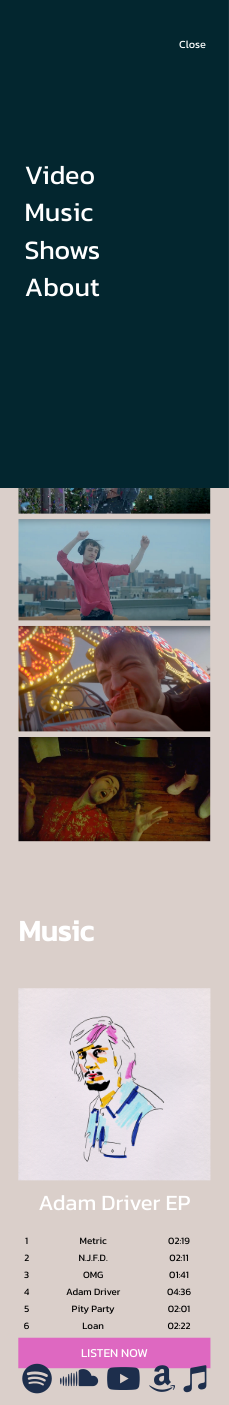
Repository: KrystellBarraza/SipperNYC
Page: index.html
An editor plug-in stored every save of this project. The page is shown before and after the next save, followed by the edit.
The browser window is 375 px wide. The pictures show the whole page, at 61% of full size.
Some web libraries are served in a nearby version.

Above is the page before, as saved 2019-08-21 14:00:26.

### index.html
<!DOCTYPE html>
    <head>
        <meta charset="utf-8">
        <meta http-equiv="X-UA-Compatible" content="IE=edge">
        <title>Sipper</title>
        <meta name="description" content="Wholesome and intrinsically delicate, SIPPER is an NYC based band who wants nothing more than to make you enjoy whatever they put out.">
        <meta name="viewport" content="width=device-width, initial-scale=1">
        <script src="https://kit.fontawesome.com/0942df55aa.js"></script>
        <script src="https://ajax.googleapis.com/ajax/libs/jquery/3.4.1/jquery.min.js"></script>
        <link rel="stylesheet" href="https://ajax.googleapis.com/ajax/libs/jqueryui/1.12.1/themes/smoothness/jquery-ui.css">
        <script src="https://ajax.googleapis.com/ajax/libs/jqueryui/1.12.1/jquery-ui.min.js"></script>
        <link href="https://fonts.googleapis.com/css?family=Kanit&display=swap" rel="stylesheet">
        <link rel="stylesheet" href="venobox/venoboxcopy.css" type="text/css" media="screen">
        <link rel="stylesheet" href="style.css">
    </head>
    <body>

        <div class="container-home">
            <div class="head">
                <header>
                    <h1><a href="index.html">Sipper</a></h1>

                    <div id="toggleText">
                        <p class="menuToggle Open placeHolder"></p>
                        <p class="menuToggle Close" style="color: #FFF;"></p>
                    </div>

                    <div id="menu">
                        <ul id="hiddenMenu">
                            <li><a href="#video">Video</a></li>
                            <li><a href="#music">Music</a></li>
                            <li><a href="#shows">Shows</a></li>
                            <li><a href="#about">About</a></li>
                        </ul>
                    </div>

                    <div class="inlineMenu">
                        <a href="#video">Video</a>
                        <a href="#music">Music</a>
                        <a href="#shows">Shows</a>
                        <a href="#about">About</a>
                    </div>

                </header>
            </div>

            <div id="menu-container"></div>

            <div class="menu">
                <div class="flexbox-nav">
                    <nav class="side-Nav">
                        <li><a href="#video">Video</a></li>
                        <li><a href="#music">Music</a></li>
                        <li><a href="#shows">Shows</a></li>
                        <li><a href="#about">About</a></li>
                    </nav>
                </div>
            </div>

            <div class="album">
                <img src="images/albumcover.jpg">
            </div>

            <div class="footer"></div>

        </div>


        <div class="container-video">
            <div class="head-video">
                <h1 id="video">Video</h1>
            </div>

            <div class="container video-a">
                <div class="content">
                    <a class="venobox" data-autoplay="true" data-vbtype="video" data-gall="myGallery" href="https://youtu.be/N3MalJX4Ll4">
                        <div class="content-overlay"></div>
                        <img class="content-image" src="images/AdamDriver.jpg" alt="Adam Driver">
                        <div class="content-details fadeIn-bottom">
                            <p class="content-title">Adam Driver</p>
                        </div>
                    </a>
                </div>
            </div>

            <div class="container video-b">
                <div class="content">
                    <a class="venobox" data-autoplay="true" data-vbtype="video" data-gall="myGallery" href="https://youtu.be/suzVxfuO1rU">
                        <div class="content-overlay"></div>
                        <img class="content-image" src="images/Metric.jpg" alt="Metric">
                        <div class="content-details fadeIn-top">
                            <p class="content-title">Metric</p>
                        </div>
                    </a>
                </div>
            </div>

            <div class="container video-c">
                <div class="content">
                    <a class="venobox" data-autoplay="true" data-vbtype="video" data-gall="myGallery" href="https://youtu.be/sNYNVeHuiyg">
                        <div class="content-overlay"></div>
                        <img class="content-image" src="images/NJFD.jpg" alt="N.J.F.D.">
                        <div class="content-details fadeIn-left">
                            <p class="content-title">N.J.F.D.</p>
                        </div>
                    </a>
                </div>
            </div>

            <div class="container video-d">
                <div class="content">
                    <a class="venobox" data-autoplay="true" data-vbtype="video" data-gall="myGallery" href="https://youtu.be/S9CmWtUvWd0">
                        <div class="content-overlay"></div>
                        <img class="content-image" src="images/OMG.jpg" alt="OMG">
                        <div class="content-details fadeIn-right">
                            <p class="content-title">OMG</p>
                        </div>
                    </a>
                </div>
            </div>

            <div class="footer-video"></div>

        </div>

        <div class="container-music">
            <div class="head-music">
                <h1 id="music">Music</h1>
            </div>

            <div class="ep">
                <img src="images/albumcover.jpg">
            </div>

            <div class="music-k">
                <p class="ep-title">Adam Driver EP</p>

                <table>
                    <tr>
                        <td>1</td>
                        <td>Metric</td>
                        <td>02:19</td>
                    </tr>
                    <tr>
                        <td>2</td>
                        <td>N.J.F.D.</td>
                        <td>02:11</td>
                    </tr>
                    <tr>
                        <td>3</td>
                        <td>OMG</td>
                        <td>01:41</td>
                    </tr>
                    <tr>
                        <td>4</td>
                        <td>Adam Driver</td>
                        <td>04:36</td>
                    </tr>
                    <tr>
                        <td>5</td>
                        <td>Pity Party</td>
                        <td>02:01<td>
                    </tr>
                    <tr>
                        <td>6</td>
                        <td>Loan</td>
                        <td>02:22</td>
                    </tr>
                </table>
            </div>

            <div class="music-j">
                <div class="listen">
                    <a href="https://levelmusic.lnk.to/AdamDriver_EP" target="_blank">Listen Now</a>
                </div>
            </div>

            <div class="fabIcons music-g">
                <a href="https://open.spotify.com/album/55qLPgpA8Q9fKp5JZo5pjp" target="_blank"><i class="fab fa-spotify"></i></a>
                <a href="https://soundcloud.com/invertebratemusic/sets/sipper-adam-driver-ep" target="_blank"><i class="fab fa-soundcloud"></i></a>
                <a href="https://www.youtube.com/channel/UC4grwiaSitqhA_vmRum_fdg/search?query=sipper" target="_blank"><i class="fab fa-youtube"></i></a>
                <a href="https://www.amazon.com/gp/product/B07QJBL8ZX/ref=dm_ws_sp_ps_dp" target="_blank"><i class="fab fa-amazon"></i></a>
                <a href="https://music.apple.com/us/album/1459355658?app=music" target="_blank"><i class="fab fa-itunes-note"></i></a>
            </div>

        </div>

        <script src="app.js" async defer></script>
        <script src="venobox/venobox.mincopy.js" async defer></script>
    </body>
</html>

### style.css
* {
    box-sizing: border-box;
}

html {
    scroll-behavior: smooth;
}

body {
    margin: 0;
    background-color: #dacfca;
}

p, li {
    font-family: 'Kanit', sans-serif;
}

p {
    font-size: 18px;
}

h1 {
    font-family: 'Kanit', sans-serif;
    color: #fff;
    font-size: 48px;
}

a {
    text-decoration: none;
    color: #fff;
}

/* Header - Home */

.container-home {
    display: grid;
    grid-template-columns: repeat(12, 1fr);
    grid-template-rows: auto 2fr 1fr;
    grid-gap: 5px;
    grid-column-gap: 20px;
    padding-left: 8%;
    padding-right: 8%;
    grid-template-areas:
    "h h h h h h h h h h h h"
    "c c c c c c c c c m m m"
    "c c c c c c c c c m m m"
    "c c c c c c c c c m m m"
    "f f f f f f f f f f f f";
}

.head {
    grid-area: h;
}

.inlineMenu {
    font-family: 'Kanit', sans-serif;
    font-size: 22px;
    word-spacing: 1em;
    top: 16%;
    right: 10%;
    position: absolute;
}

@media (min-width: 566px) and (max-width: 569px) {
    .inlineMenu {
        top: 19.5%;
        word-spacing: .5em;
    }
}

/* Toggled Header Nav */

#toggleText {
    top: 5%;
    right: 10%;
    color: #fff;
    position: absolute;
    z-index: 10;
}

#menu-container {
    background-color: #03262f;
    position: absolute;
    width: 100%;
    left: 0%;
    height: 100vh;
    z-index: 6;
}

#menu {
    background-color: #03262f;
    position: absolute;
    top: 0%;
    left: 0%;
    width: 100%;
    height: 100vh;
    z-index: 7;
}

#hiddenMenu {
    position: absolute;
    top: 30%;
}

p.placeHolder {
    display: none;
}

p.Open:before {
    content: "Menu";
}

p.Close:before {
    content: "Close";
}

ul {
    list-style: none;
}

li {
    font-size: 44px;
    line-height: 46pt;
}

/* Toggled Menu Media Queries */

@media only screen and (max-width: 450px) {
    nav {
        visibility: hidden;
    }
}

@media only screen and (min-width: 450px) {
    #toggleText {
        visibility: hidden;
    }

    #menu {
        visibility: hidden;
    }

    #menu-container {
        visibility: hidden;
    }
}

/* Scrollbar */

::-webkit-scrollbar { width: 8px; }

::-webkit-scrollbar-track { color: transparent; }

::-webkit-scrollbar-thumb {
    background-color: rgba(000, 0, 0, 0.2);
    border-radius: 5px;
}

/* Menu */

.menu {
    grid-area: m;
}

.flexbox-nav {
    display: flex;
    align-items: flex-end;
    justify-content: flex-end;
    margin-top: 356px;
}

.side-nav {
    align-self: flex-end;
    margin-top: 30px;
}

nav > a {
    font-family: 'Kanit', sans-serif;
    color: #fff;
    font-size: 48px;
}

nav > li {
    list-style-type: none;
    padding: 0;
    margin: 0;
}

@media only screen and (max-width: 416px){
    .menu {
        display: none;
    }

    .container-home {
        display: grid;
        grid-template-columns: repeat(12, 1fr);
        grid-template-rows: auto 2fr 1fr;
        grid-gap: 5px;
        padding-left: 8%;
        padding-right: 8%;
        grid-template-areas:
        "h h h h h h h h h h h h"
        "c c c c c c c c c c c c"
        "c c c c c c c c c c c c"
        "c c c c c c c c c c c c"
        "f f f f f f f f f f f f";
    }

    .album > img {
        object-fit: contain;
        width: 100%;
    }

}

/* Inline Menu Queries */

@media only screen and (max-width: 416px) {
    .inlineMenu {
        display: none;
    }
}

@media only screen and (min-width: 766px){
    .inlineMenu {
        display: none;
    }
}

/* Mobile Landscape Queries */

@media (orientation: landscape) and (max-width: 766px) {
    .menu {
        display: none;
    }

    .container-home {
        display: grid;
        grid-template-columns: repeat(12, 1fr);
        grid-template-rows: auto 2fr 1fr;
        grid-gap: 5px;
        padding-left: 8%;
        padding-right: 8%;
        grid-template-areas:
        "h h h h h h h h h h h h"
        "c c c c c c c c c c c c"
        "c c c c c c c c c c c c"
        "c c c c c c c c c c c c"
        "f f f f f f f f f f f f";
    }

    .album > img {
        object-fit: contain;
        width: 100%;
    }
}

/* Album */

.album {
    grid-area: c;
}

.album > img {
    object-fit: contain;
    width: 100%;
    max-height: 600px;
}

.footer {
    grid-area: f;
    height: 70px;
}


/* Video */

.container-video {
    display: grid;
    grid-template-columns: repeat(12, 1fr);
    grid-template-rows: auto 1fr 1fr;
    grid-gap: 5px;
    grid-column-gap: 20px;
    padding-left: 8%;
    padding-right: 8%;
    grid-template-areas:
    "h h h h h h h h h h h h"
    "a a a a a a b b b b b b"
    "c c c c c c d d d d d d"
    "f f f f f f f f f f f f";
}

.head-video {
    grid-area: h;
}

.video-a {
    grid-area: a;
    justify-self: center;
}

.video-b {
    grid-area: b;
    justify-self: center;
}

.video-c {
    grid-area: c;
    justify-self: center;
}

.video-d {
    grid-area: d;
    justify-self: center;
}

.footer-video {
    grid-area: f;
    height: 70px;
}

.container .title {
    text-align: center;
}

.content {
    position: relative;
    width: 100%;
    max-width: 550px;
    overflow: hidden;
}

.content .content-overlay {
    background: rgba(0,0,0,0.7);
    position: absolute;
    height: 99%;
    width: 100%;
    opacity: 0;
    -webkit-transition: all 0.4s ease-in-out 0s;
    -moz-transition: all 0.4s ease-in-out 0s;
    transition: all 0.4s ease-in-out 0s;
}

.content:hover .content-overlay {
    opacity: 1;
}

.content-image {
    width: 100%;
}

.content-details {
    position: absolute;
    text-align: center;
    padding-left: 1em;
    padding-right: 1em;
    width: 100%;
    top: 50%;
    left: 50%;
    opacity: 0;
    -webkit-transform: translate(-50%, -50%);
    -moz-transform: translate(-50%, -50%);
    transform: translate(-50%, -50%);
    -webkit-transition: all 0.3s ease-in-out 0s;
    -moz-transition: all 0.3s ease-in-out 0s;
    transition: all 0.3s ease-in-out 0s;
}

.content:hover .content-details {
    top: 50%;
    left: 50%;
    opacity: 1;
}

.content-details p {
    color: #fff;
    font-weight: 500;
    letter-spacing: 0.15em;
    margin-bottom: 0.5em;
    font-size: 0.8em;
    text-transform: uppercase;
}

.fadeIn-bottom {
    top: 80%;
}

.fadeIn-top {
    top: 20%;
}

.fadeIn-left {
    left: 20%;
}

.fadeIn-right {
    left: 80%;
}

@media only screen and (max-width: 416px){
    .container-video {
        display: grid;
        grid-template-columns: repeat(12, 1fr);
        grid-template-rows: auto 1fr 1fr;
        grid-gap: 5px;
        padding-left: 8%;
        padding-right: 8%;
        grid-template-areas:
        "h h h h h h h h h h h h"
        "a a a a a a a a a a a a"
        "b b b b b b b b b b b b"
        "c c c c c c c c c c c c"
        "d d d d d d d d d d d d"
        "f f f f f f f f f f f f";
    }

}

/* Music */

.container-music {
    display: grid;
    grid-template-columns: repeat(12, 1fr);
    grid-template-rows: repeat(6, 1fr);
    grid-gap: 5px;
    grid-column-gap: 20px;
    padding-left: 8%;
    padding-right: 8%;
    grid-template-areas:
    "h h h h h h h h h h h h"
    "e e e e e e k k k k k k"
    "e e e e e e k k k k k k"
    "e e e e e e j j j j j j"
    "e e e e e e g g g g g g"
    "f f f f f f f f f f f f";
}

.head-music {
    grid-area: h;
}

.ep {
    grid-area: e;
}

.ep > img {
    object-fit: contain;
    width: 100%;
    max-height: 600px;
}

.music-k {
    grid-area: k;
}

.music-k > .ep-title {
    object-fit: contain;
    text-align: center;
    font-size: 48px;
    color: #fff;
    margin: 0;
    width: 100%;
}

.music-k > table {
    font-family: 'Kanit', sans-serif;
    object-fit: contain;
    text-align: center;
    padding-top: 20px;
    border: 0;
    font-size: 20px;
    width: 100%;
}

.music-g {
    grid-area: g;
    align-items: center;
    height: 50%;
}

.fabIcons {
    display: flex;
    justify-content: space-around;
}

i {
    font-family:'FontAwesome';
    font-size: 50px;
    color: #1d2e4c;
    transition: 0.5s;
}

i.fab:hover {
    color: #3a527c;
}

.music-j {
    grid-area: j;
    align-items: center;
}

.listen {
    margin-top: 50px;
    display: flex;
    justify-content: space-around;
    background: #de68c1;
    font-family: 'Kanit', sans-serif;
    text-transform: uppercase;
    text-align: center;
    align-items: center;
    height: 50px;
    font-size: 1.25em;
    -webkit-transition: 0.5s;
    transition: 0.5s;
    border: none;
}

.listen:hover {
    background: #e794ce;
}

@media only screen and (max-width: 416px) {
    .container-music {
        display: grid;
        grid-template-columns: repeat(12, 1fr);
        grid-template-rows: 1fr 1fr 1fr auto;
        grid-gap: 5px;
        grid-column-gap: 20px;
        padding-left: 8%;
        padding-right: 8%;
        grid-template-areas:
        "h h h h h h h h h h h h"
        "e e e e e e e e e e e e"
        "e e e e e e e e e e e e"
        "k k k k k k k k k k k k"
        "k k k k k k k k k k k k"
        "j j j j j j j j j j j j"
        "g g g g g g g g g g g g"
        "f f f f f f f f f f f f";
    }

    .music-k > table {
        font-size: 16px;
        width: 100%;
        text-align: center;
    }

    .music-k > .ep-title {
        font-size: 36px;
        text-align: center;
    }

    .listen {
        margin: 0;
    }

}

@media only screen and (max-width: 824px) {
    .music-k > .ep-title {
        font-size: 36px;
        text-align: center;
    }
}

@media (orientation: landscape) and (max-width: 668px) {
    .music-k > .ep-title {
        font-size: 28px;
    }

    .music-k > table {
        font-size: 14px;
        width: 100%;
        text-align: center;
    }
}

### app.js
$(document).ready(() => {
    $('#toggleText').click(() => {
      $('.menuToggle').toggleClass('placeHolder');
      $('#menu').toggle('slide',{direction:'up'}, 1000);
      $('#menu-container').toggle('fade',{direction: 'down'}, 500);
    });
  });

  $(document).ready(function(){
    $('.venobox').venobox({
        spinner:'three bounce',
        closeBackground: 'transparent'
    });
});

Loaded but not shown: venobox/venoboxcopy.css (common file); venobox/venobox.mincopy.js (library)

After the next save:
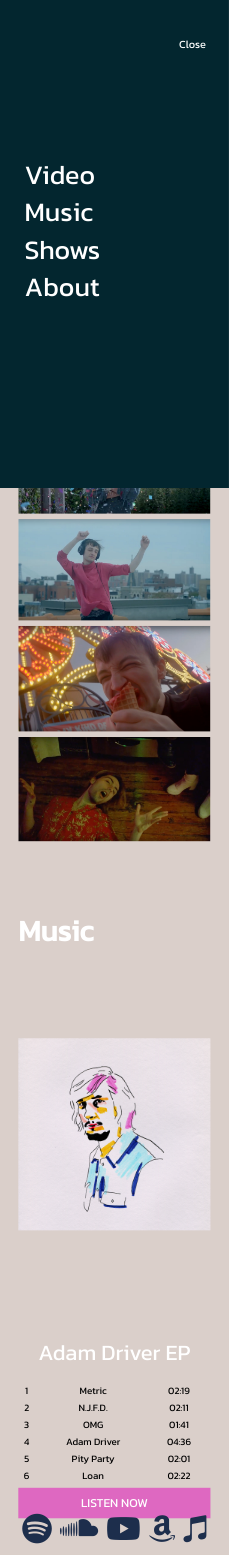
Saved 18 s later.
--- a/style.css
+++ b/style.css
@@ -523,7 +523,7 @@
     .container-music {
         display: grid;
         grid-template-columns: repeat(12, 1fr);
-        grid-template-rows: 1fr 1fr 1fr auto;
+        grid-template-rows: 1fr 1fr 1fr 1fr auto;
         grid-gap: 5px;
         grid-column-gap: 20px;
         padding-left: 8%;

After the save that followed:
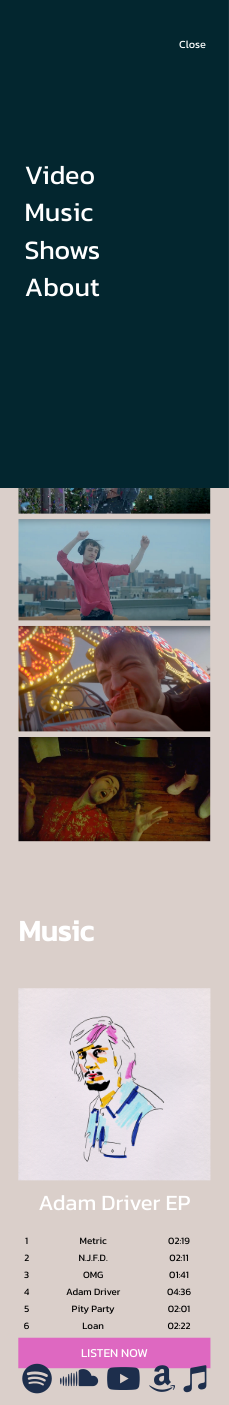
Saved 15 s later.
--- a/style.css
+++ b/style.css
@@ -523,7 +523,7 @@
     .container-music {
         display: grid;
         grid-template-columns: repeat(12, 1fr);
-        grid-template-rows: 1fr 1fr 1fr 1fr auto;
+        grid-template-rows: 1fr 1fr 1fr auto;
         grid-gap: 5px;
         grid-column-gap: 20px;
         padding-left: 8%;
